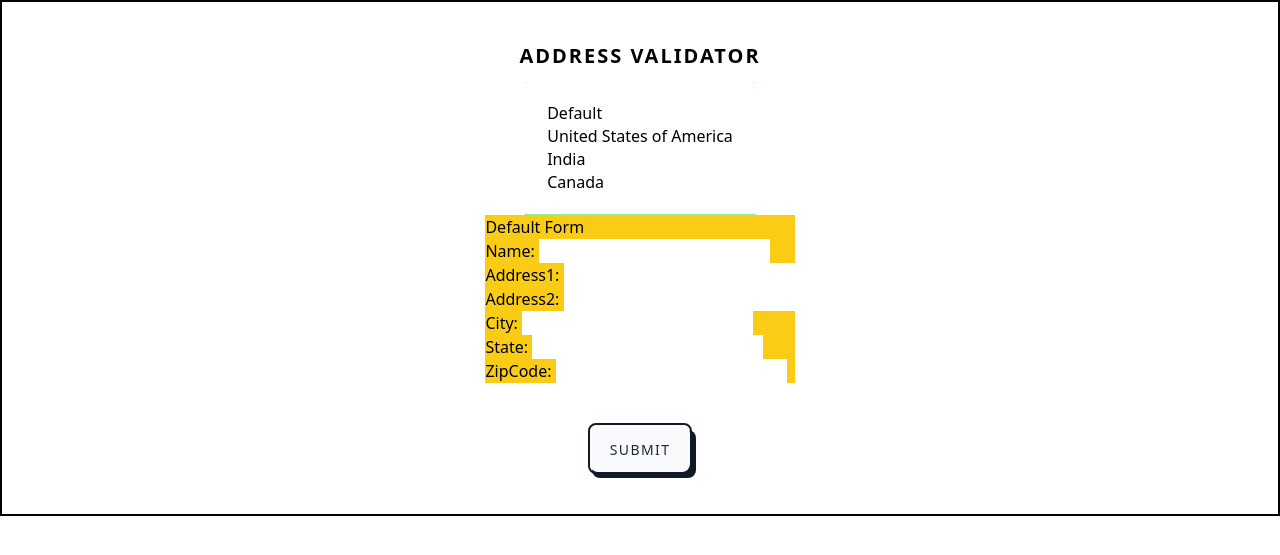
Repository: jay-singhvi/SWArchDesign_TeamProject
Page: / (app in frontend/address-validation/)
The author's editor kept a copy of each file at every save. The page is drawn from the files as they stood at one save, then again after the next save.
The browser window is 1280 px wide. The pictures show the whole page.
The project was rebuilt for these pictures with package versions that can differ from the ones it lists, and the page was loaded fresh each time. Also part of the build but not shown: frontend/address-validation/src/App.css.

Above is the page before, as saved 2023-03-07 14:56:34.

### frontend/address-validation/src/App.js
import "./App.css";
import React, { useState, setState } from "react";
import USA from "./assets/usa.png";
import CND from "./assets/canada.png";
import IND from "./assets/india.png";

// React component for creating and sending POST request
function App() {
  // variables to handle the Request and Response
  const [countryList, setCountryList] = useState("");
  const [formData, setFormData] = useState(null);
  const [responseData, setResponseData] = useState(null);

  // Set of Counries under consideration
  const countries = [
    { name: "Default" },
    { name: "United States of America" },
    { name: "India" },
    { name: "Canada" },
  ];

  // Function to render form based on Countries
  function renderForm() {
    if (countryList.length === 1) {
      console.log(countryList);
      if (countryList.includes("United States of America"))
        return <USAForm setFormData={setFormData} />;
      else if (countryList.includes("India"))
        return <IndiaForm setFormData={setFormData} />;
      else if (countryList.includes("Canada"))
        return <CanadaForm setFormData={setFormData} />;
      else return <DefaultForm setFormData={setFormData} />;
    }
    // Renders form for multiple selected countries
    else {
      return <DefaultForm setFormData={setFormData} />;
    }
  }

  // Handles selected country and set ths
  function handleSelectedCountry(event) {
    const selectedOptions = Array.from(event.target.selectedOptions);
    const selectedValues = selectedOptions.map((option) => option.value);
    setCountryList(selectedValues);
  }

  // Finds address based on the form data
  async function findAddress(event) {
    event.preventDefault();

    // If only one country is selected
    if (countryList.length === 1) {
      //If selected country id default then send country field empty in JSON request
      if (countryList[0] === "Default") {
        countryList[0] = "";
      }
      const updatedFormData = { ...formData, Country: countryList[0] };

      // If form data has Name attribute then search based on name and country
      if (formData !== null && formData.Name !== null) {
        try {
          const response = await fetch(
            "http://localhost:5000/api/searchCountriesByClient",
            {
              method: "POST",
              headers: {
                "Content-Type": "application/json",
              },
              body: JSON.stringify(updatedFormData),
            }
          );

          const data = await response.json();
          setResponseData(data);
        } catch (error) {
          console.error(error);
          setResponseData({ error: "An error occurred" });
        }
      }

      //If name is not mentioned then populate all addresses for that country based on JSON request
      else {
        try {
          const response = await fetch(
            "http://localhost:5000/api/searchCountry",
            {
              method: "POST",
              headers: {
                "Content-Type": "application/json",
              },
              body: JSON.stringify(updatedFormData),
            }
          );

          const data = await response.json();
          setResponseData(data);
        } catch (error) {
          console.error(error);
          setResponseData({ error: "An error occurred" });
        }
      }
    }
    //If more one country is selected then send the list of countries with JSON request
    else if (countryList.length > 1) {
      const updatedFormData = { ...formData, Country: countryList };

      try {
        const response = await fetch(
          "http://localhost:5000//api/searchCountries",
          {
            method: "POST",
            headers: {
              "Content-Type": "application/json",
            },
            body: JSON.stringify(updatedFormData),
          }
        );

        const data = await response.json();
        setResponseData(data);
      } catch (error) {
        console.error(error);
        setResponseData({ error: "An error occurred" });
      }
    }
    // If only name is mentioned then look for that name in all countries
    else if (formData !== null && formData.Name !== null) {
      try {
        const response = await fetch(
          "http://localhost:5000/api/searchCountriesByClient",
          {
            method: "POST",
            headers: {
              "Content-Type": "application/json",
            },
            body: JSON.stringify(formData),
          }
        );

        const data = await response.json();
        setResponseData(data);
      } catch (error) {
        console.error(error);
        setResponseData({ error: "An error occurred" });
      }
    }
    setFormData({});
  }

  // Give all the options of countries to user for selection
  return (
    <div className=" items-center justify-between min-h-screen  ">
      <div className="  py-10 flex flex-col items-center border-2 border-black">
        <h1 className=" uppercase tracking-widest font-bold text-xl">
          Address Validator
        </h1>
        <div className=" bg-green-300 mt-3">
          <select className=" cursor-pointer p-5" multiple value={countryList} onChange={handleSelectedCountry}>
            {countries.map((country) => (
              <option key={country.name} value={country.name}>
                {country.name}
              </option>
            ))}
          </select>
        </div>

        {renderForm()}

        {/* <button type="submit" onClick={findAddress}>
          Submit
        </button> */}
        <a href="#_" class="relative inline-block text-lg group mt-10">
          <span class="relative z-10 block px-5 py-3 overflow-hidden font-medium leading-tight text-gray-800 transition-colors duration-300 ease-out border-2 border-gray-900 rounded-lg group-hover:text-white">
            <span class="absolute inset-0 w-full h-full px-5 py-3 rounded-lg bg-gray-50"></span>
            <span class="absolute left-0 w-48 h-48 -ml-2 transition-all duration-300 origin-top-right -rotate-90 -translate-x-full translate-y-12 bg-gray-900 group-hover:-rotate-180 ease"></span>
            <button
              type="submit"
              onClick={findAddress}
              className=" relative uppercase tracking-widest text-sm"
            >
              Submit
            </button>
          </span>
          <span
            class="absolute bottom-0 right-0 w-full h-12 -mb-1 -mr-1 transition-all duration-200 ease-linear bg-gray-900 rounded-lg group-hover:mb-0 group-hover:mr-0"
            data-rounded="rounded-lg"
          ></span>
        </a>

        {responseData && (
          <div>
            <h2>Post Result:</h2>
            <pre>{JSON.stringify(responseData, null, 2)}</pre>
          </div>
        )}
      </div>
    </div>
  );
}

// React component to render USA specific form
function USAForm({ setFormData }) {
  const [formValues, setFormValues] = useState({});
  function updateForm(event) {
    setFormValues({
      ...formValues,
      [event.target.name]: event.target.value,
    });
    setFormData({
      ...formValues,
      [event.target.name]: event.target.value,
    });
  }

  return (
    <div className=" bg-gradient-to-b from-blue-400 to-red-500 items-center mt-10 px-10 py-5 min-w-fit">
      <div>
        <form>
          <div className=" flex items-center justify-center space-x-2">
            <img src={USA} className=" h-8 w-8 rounded-full" />
            <h2 className=" uppercase tracking-wider font-medium">
              United States Form
            </h2>
          </div>

          <div className=" mt-2 space-y-3">
            <div className="w-full px-3 mb-3">
              <label
                className="block uppercase tracking-wide text-black text-xs font-bold mb-2"
                for="grid-first-name"
              >
                Full Name
              </label>
              <input
                onChange={updateForm}
                className="appearance-none block w-full bg-gray-200 text-gray-700 border rounded w-1/2 py-2 px-4 mb-3 leading-tight focus:outline-none focus:bg-white"
                type="text"
                placeholder="Full Name"
              />
            </div>

            {/* address 01 02 */}
            <div className=" flex">
              <div className=" w-full px-3 mb-3">
                <label className=" block uppercase tracking-wide text-black text-xs font-bold mb-2">
                  Address 01
                </label>
                <input
                  onChange={updateForm}
                  className=" appearance-none block w-full bg-gray-200 text-gray-700 border border-gray-200 rounded py-2 px-4 leading-tight focus:outline-none focus:bg-white focus:border-gray-500"
                  type="text"
                  placeholder="Address Line 01"
                />
              </div>
              <div className=" w-full px-3 mb-3">
                <label className=" block uppercase tracking-wide text-black text-xs font-bold mb-2">
                  Address 02
                </label>
                <input
                  onChange={updateForm}
                  className=" appearance-none block w-full bg-gray-200 text-gray-700 border border-gray-200 rounded py-2 px-4 leading-tight focus:outline-none focus:bg-white focus:border-gray-500"
                  type="text"
                  placeholder="Address Line 02"
                />
              </div>
            </div>
            {/* city state and zip */}
            <div className=" flex">
              <div className=" w-full px-3 mb-3">
                <label className=" block uppercase tracking-wide text-black text-xs font-bold mb-2">
                  City
                </label>
                <input
                  onChange={updateForm}
                  className=" appearance-none block w-full bg-gray-200 text-gray-700 border border-gray-200 rounded py-2 px-4 leading-tight focus:outline-none focus:bg-white focus:border-gray-500"
                  type="text"
                  name="City"
                  placeholder="City"
                />
              </div>
              <div className=" w-full px-3 mb-3">
                <label className=" block uppercase tracking-wide text-black text-xs font-bold mb-2">
                 State
                </label>
                <input
                  onChange={updateForm}
                  className=" appearance-none block w-full bg-gray-200 text-gray-700 border border-gray-200 rounded py-2 px-4 leading-tight focus:outline-none focus:bg-white focus:border-gray-500"
                  type="text"
                  name="State"
                  placeholder="State"
                />
              </div>
              <div className=" w-full px-3 mb-3">
                <label className=" block uppercase tracking-wide text-black text-xs font-bold mb-2">
                 Zip Code
                </label>
                <input
                  onChange={updateForm}
                  className=" appearance-none block w-full bg-gray-200 text-gray-700 border border-gray-200 rounded py-2 px-4 leading-tight focus:outline-none focus:bg-white focus:border-gray-500"
                  type="text"
                  name="Zipcode"
                  placeholder="Zip Code"
                />
              </div>
            </div>

             {/* Name: <input type="text" name="Name" onChange={updateForm} />
            <br /> */}
            {/* Address1:{" "}
            <input type="text" name="Address1" onChange={updateForm} />
            <br /> */}
            {/* Address2:{" "}
            <input type="text" name="Address2" onChange={updateForm} />
            <br /> */}
            {/* City: <input type="text" name="City" onChange={updateForm} />
            <br />
            State: <input type="text" name="State" onChange={updateForm} />
            <br />
            ZipCode: <input type="text" name="Zipcode" onChange={updateForm} />
            <br /> */}
          </div>
        </form>
      </div>
    </div>
  );
}

// React component to render Canada specific form
function CanadaForm({ setFormData }) {
  const [formValues, setFormValues] = useState({});
  function updateForm(event) {
    setFormValues({
      ...formValues,
      [event.target.name]: event.target.value,
    });
    setFormData({
      ...formValues,
      [event.target.name]: event.target.value,
    });
  }

  return (
    <div className="bg-gradient-to-b from-white to-red-500 items-center mt-10 px-10 py-5">
      <div>
        <form>
          <div className=" flex items-center justify-center space-x-2">
            <img src={CND} className=" h-8 w-8 rounded-full" />
            <h2 className=" uppercase tracking-wider font-medium">
              Canada Form
            </h2>
          </div>
          Name: <input type="text" name="Name" onChange={updateForm} />
          <br />
          Address1: <input type="text" name="Address1" onChange={updateForm} />
          <br />
          Address2: <input type="text" name="Address2" onChange={updateForm} />
          <br />
          City: <input type="text" name="City" onChange={updateForm} />
          <br />
          Province: <input type="text" name="State" onChange={updateForm} />
          <br />
          Postalcode: <input type="text" name="ZipCode" onChange={updateForm} />
        </form>
      </div>
    </div>
  );
}

// React component to render India specific form
function IndiaForm({ setFormData }) {
  const [formValues, setFormValues] = useState({});
  function updateForm(event) {
    setFormValues({
      ...formValues,
      [event.target.name]: event.target.value,
    });
    setFormData({
      ...formValues,
      [event.target.name]: event.target.value,
    });
  }

  return (
    <div className=" bg-gradient-to-b from-orange-400 to-green-500 items-center mt-10 px-10 py-5">
      <div>
        <form>
          <div className=" flex items-center justify-center space-x-2">
            <img src={IND} className=" h-8 w-8 rounded-full" />
            <h2 className=" uppercase tracking-wider font-medium">
              India Form
            </h2>
          </div>
          Name: <input type="text" name="Name" onChange={updateForm} />
          <br />
          Street Address:{" "}
          <input type="text" name="Address1" onChange={updateForm} />
          <br />
          Address2: <input type="text" name="Address2" onChange={updateForm} />
          <br />
          City: <input type="text" name="City" onChange={updateForm} />
          <br />
          State: <input type="text" name="State" onChange={updateForm} />
          <br />
          Pincode: <input type="text" name="ZipCode" onChange={updateForm} />
          <br />
        </form>
      </div>
    </div>
  );
}

// React component to render default form
function DefaultForm({ setFormData }) {
  const [formValues, setFormValues] = useState({});
  function updateForm(event) {
    setFormValues({
      ...formValues,
      [event.target.name]: event.target.value,
    });
    setFormData({
      ...formValues,
      [event.target.name]: event.target.value,
    });
  }

  return (
    <div className="  bg-yellow-400">
      <h2>Default Form</h2>
      Name: <input type="text" name="Name" onChange={updateForm} />
      <br />
      Address1: <input type="text" name="Address1" onChange={updateForm} />
      <br />
      Address2: <input type="text" name="Address2" onChange={updateForm} />
      <br />
      City: <input type="text" name="City" onChange={updateForm} />
      <br />
      State: <input type="text" name="State" onChange={updateForm} />
      <br />
      ZipCode: <input type="text" name="Zipcode" onChange={updateForm} />
      <br />
    </div>
  );
}

export default App;

Loaded but not shown: frontend/address-validation/public/index.html (common file); frontend/address-validation/src/index.js (common file); frontend/address-validation/src/index.css (common file); frontend/address-validation/src/reportWebVitals.js (common file); frontend/address-validation/tailwind.config.js (common file)

After the next save:
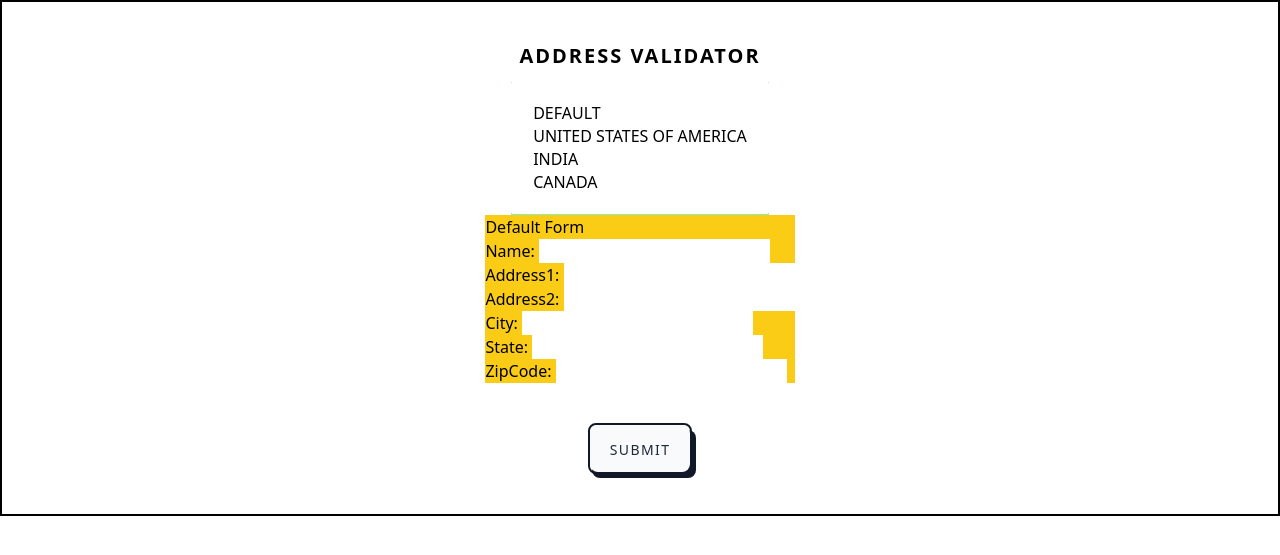
Saved 10 s later.
--- a/frontend/address-validation/src/App.js
+++ b/frontend/address-validation/src/App.js
@@ -157,7 +157,7 @@ function App() {
         <div className=" bg-green-300 mt-3">
           <select className=" cursor-pointer p-5" multiple value={countryList} onChange={handleSelectedCountry}>
             {countries.map((country) => (
-              <option key={country.name} value={country.name}>
+              <option className=" uppercase" key={country.name} value={country.name}>
                 {country.name}
               </option>
             ))}
